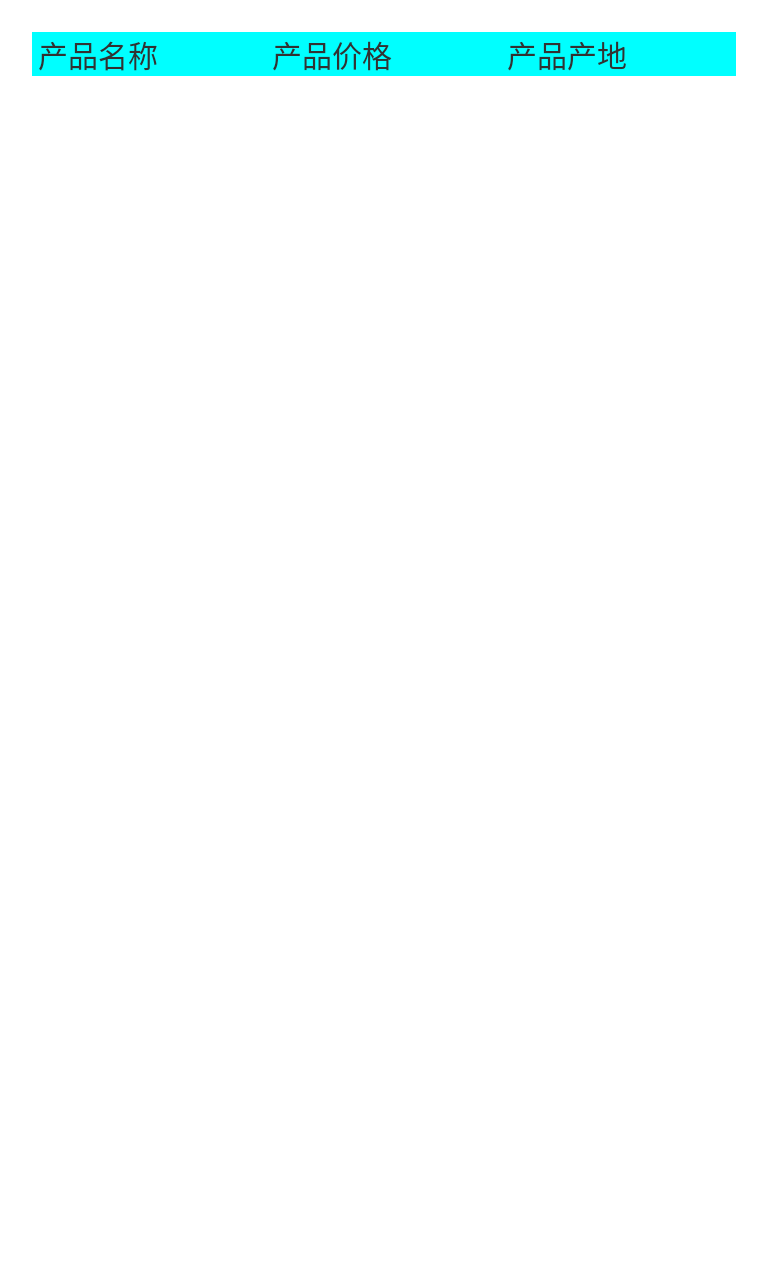
Repository: PunkAndroid/Android
Layout: ListViewDemo/res/layout/fragment_main.xml
The author's editor kept a copy of each file at every save. The layout is drawn from the files as they stood at one save, then again after the next save.
It is drawn on a 768 x 1280 px phone screen (xhdpi) without system bars, with theme AppTheme; the app's code is not run. Lists and similar views that code fills are empty.

Above is the layout before, as saved 2014-10-13 02:32:59.

After the next save:
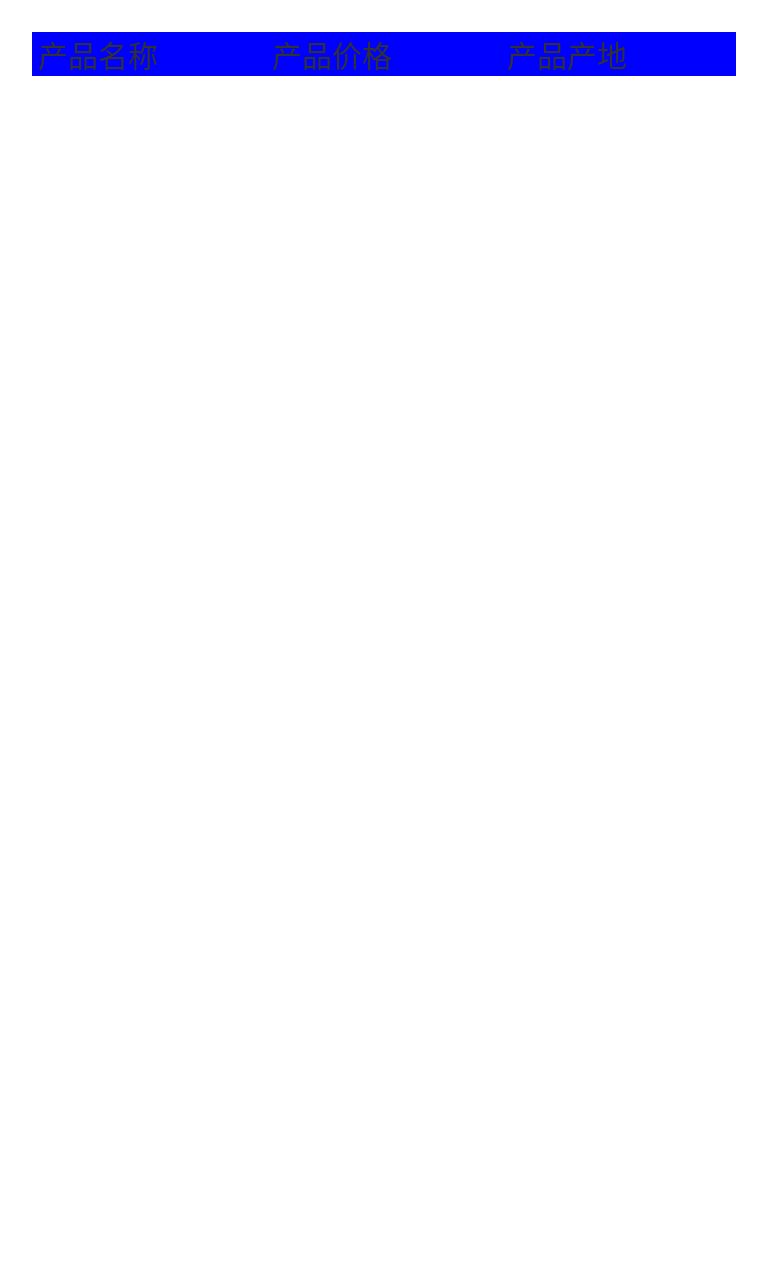
Saved 5 s later.
--- a/ListViewDemo/res/layout/fragment_main.xml
+++ b/ListViewDemo/res/layout/fragment_main.xml
@@ -12,7 +12,7 @@
     <LinearLayout
         android:layout_width="match_parent"
         android:layout_height="wrap_content"
-        android:background="#0FF"
+        android:background="#00F"
         android:orientation="horizontal" >
 
         <TextView

After the save that followed:
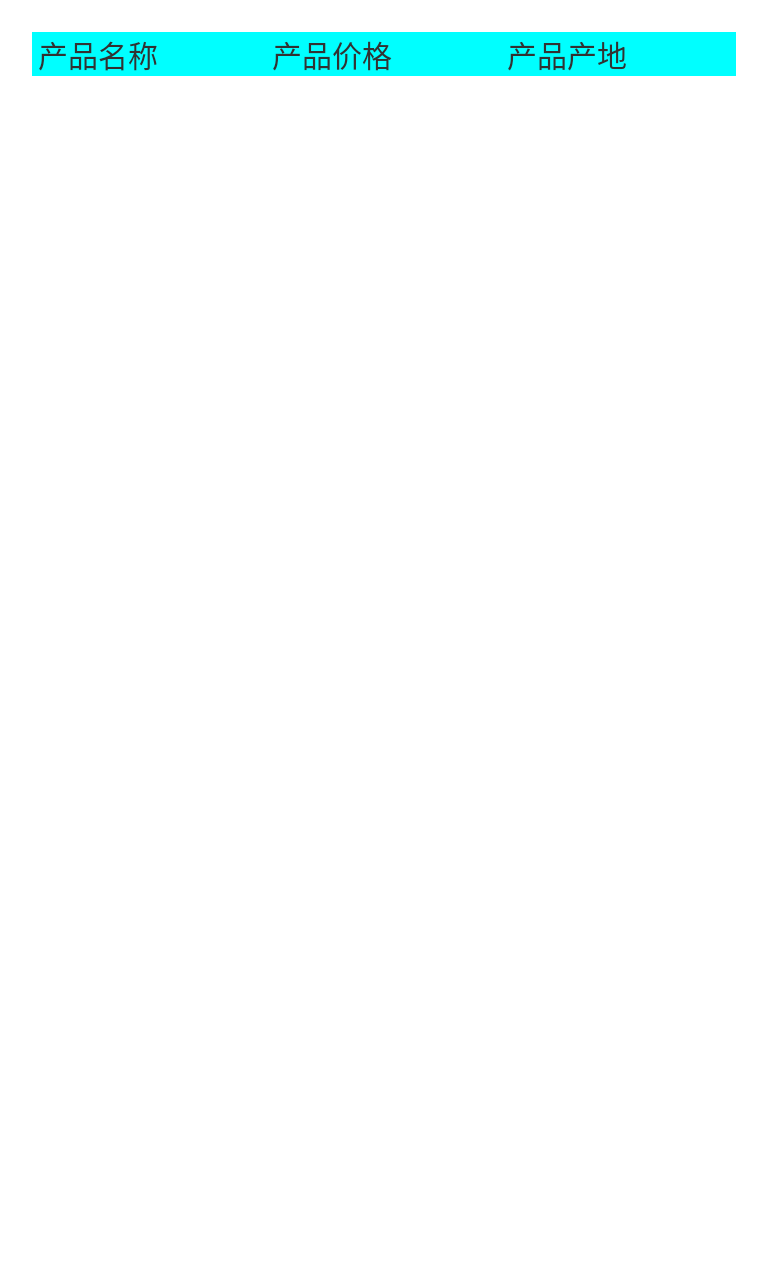
Saved 6 s later.
--- a/ListViewDemo/res/layout/fragment_main.xml
+++ b/ListViewDemo/res/layout/fragment_main.xml
@@ -12,7 +12,7 @@
     <LinearLayout
         android:layout_width="match_parent"
         android:layout_height="wrap_content"
-        android:background="#00F"
+        android:background="#0fF"
         android:orientation="horizontal" >
 
         <TextView
